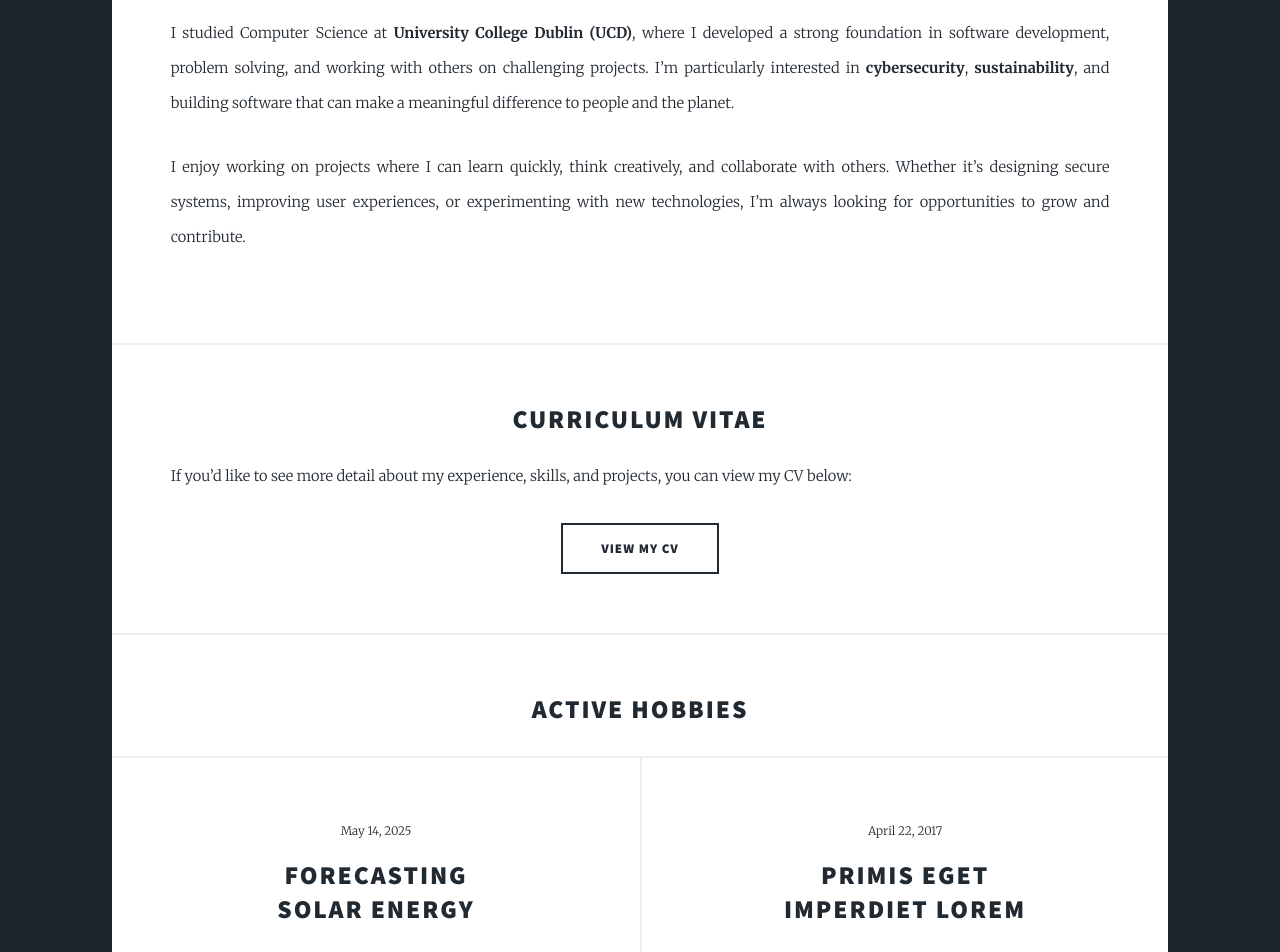
Repository: ciaranscan6/PersonalWebsite
Page: about-me.html
The author's editor kept a copy of each file at every save. The page is drawn from the files as they stood at one save, then again after the next save.
The browser window is 1280 px wide. The pictures show the part of the page from y = 1409 to 2361 px (the page is 4369 px tall).
A picture or video elsewhere on the page could not be fetched, so the positions and the page height are approximate.

Above is the page before, as saved 2025-11-22 03:40:40.

### about-me.html
<!DOCTYPE HTML>
<!--
	Massively by HTML5 UP
	html5up.net | @ajlkn
	Free for personal and commercial use under the CCA 3.0 license (html5up.net/license)
-->
<html>
	<head>
		<title>About Me</title>
		<meta charset="utf-8" />
		<meta name="viewport" content="width=device-width, initial-scale=1, user-scalable=no" />
		<link rel="stylesheet" href="assets/css/main.css" />
		<noscript><link rel="stylesheet" href="assets/css/noscript.css" /></noscript>

	</head>
	<body class="is-preload">

		<!-- Wrapper -->
			<div id="wrapper">

				<!-- Header -->
					<header id="header">
						<a href="index.html" class="logo">Ciarán Scanlon</a>
					</header>

				<!-- Nav -->
					<nav id="nav">
						<ul class="links">
							<li><a href="index.html">Projects</a></li>
							<li class="active"><a href="about-me.html">About Me</a></li>
							<li><a href="elements.html">Elements Reference</a></li>
						</ul>
						<ul class="icons">
							<li><a href="#" class="icon brands fa-linkedin"><span class="label">LinkedIn</span></a></li>
							<li><a href="#" class="icon brands fa-facebook-f"><span class="label">Facebook</span></a></li>
							<li><a href="#" class="icon brands fa-instagram"><span class="label">Instagram</span></a></li>
							<li><a href="#" class="icon brands fa-github"><span class="label">GitHub</span></a></li>
						</ul>
					</nav>

				<!-- Main -->
					<div id="main">

						<!-- Post -->
							<article class="post featured">
								<header class="major">
									<span class="date">November 21, 2025</span>
									<h1>A Bit About Me</h1>
									<p>
										I’m a 23-year-old Computer Science graduate from University College Dublin, originally from Longford, Ireland.
										I’m outgoing, adventurous, and love solving real-world problems with technology.
									</p>
								</header>

								<!-- Main portrait / banner image -->
								<div class="image main">
									<img src="images\IMG_2796.JPG" alt="Photo of Ciarán Scanlon" />
								</div>

								<!-- About Me Content -->
								<p>
									I studied Computer Science at <strong>University College Dublin (UCD)</strong>, where I developed a strong foundation in
									software development, problem solving, and working with others on challenging projects. I’m particularly interested in
									<strong>cybersecurity</strong>, <strong>sustainability</strong>, and building software that can make a meaningful difference
									to people and the planet.
								</p>

								<p>
									I enjoy working on projects where I can learn quickly, think creatively, and collaborate with others. Whether it’s
									designing secure systems, improving user experiences, or experimenting with new technologies, I’m always looking for
									opportunities to grow and contribute.
								</p>

							</article>

								<!-- CV Button -->
							<section>
									<h2 class="centered">Curriculum Vitae</h2>
									<p>
										If you’d like to see more detail about my experience, skills, and projects, you can view my CV below:
									</p>
									<ul class="actions special">
										<li>
											<a href="files\Ciarán_Scanlon_CV.pdf" target="_blank" class="button large">
												View My CV
											</a>
										</li>
									</ul>
							</section>

								<!-- Hobbies: Four mini slideshows -->
							<h2 class="centered">Active Hobbies</h2>
							<section class="posts">
									<article>
										<header>
											<span class="date">May 14, 2025</span>
											<h2><a href="#">Forecasting <br> Solar Energy</a></h2>
										</header>
										<a href="#" class="image fit"><img src="images/pic02.jpg" alt="solar device image" /></a>
										<p>This is my final year project from university. It is a fully functioning solar acquisition device as well as data collection, model training and some data analysis. I co-authored a paper on this project also all details can be found in the link.</p>
										<ul class="actions special">
											<li><a href="#" class="button">Forecasting Solar Energy Project</a></li>
										</ul>
									</article>
									<article>
										<header>
											<span class="date">April 22, 2017</span>
											<h2><a href="#">Primis eget<br />
											imperdiet lorem</a></h2>
										</header>
										<a href="#" class="image fit"><img src="images/pic03.jpg" alt="image of other project" /></a>
										<p>Donec eget ex magna. Interdum et malesuada fames ac ante ipsum primis in faucibus. Pellentesque venenatis dolor imperdiet dolor mattis sagittis magna etiam.</p>
										<ul class="actions special">
											<li><a href="#" class="button">Full Story</a></li>
										</ul>
									</article>
									<article>
										<header>
											<span class="date">April 18, 2017</span>
											<h2><a href="#">Ante mattis<br />
											interdum dolor</a></h2>
										</header>
										<a href="#" class="image fit"><img src="images/pic04.jpg" alt="" /></a>
										<p>Donec eget ex magna. Interdum et malesuada fames ac ante ipsum primis in faucibus. Pellentesque venenatis dolor imperdiet dolor mattis sagittis magna etiam.</p>
										<ul class="actions special">
											<li><a href="#" class="button">Full Story</a></li>
										</ul>
									</article>
									<article>
										<header>
											<span class="date">April 14, 2017</span>
											<h2><a href="#">Tempus sed<br />
											nulla imperdiet</a></h2>
										</header>
										<a href="#" class="image fit"><img src="images/pic05.jpg" alt="" /></a>
										<p>Donec eget ex magna. Interdum et malesuada fames ac ante ipsum primis in faucibus. Pellentesque venenatis dolor imperdiet dolor mattis sagittis magna etiam.</p>
										<ul class="actions special">
											<li><a href="#" class="button">Full Story</a></li>
										</ul>
									</article>
							</section>




					</div>

				<!-- Footer -->
					<footer id="footer">
						<section>
							<form method="post" action="https://formspree.io/f/xwpzvnny">
								<div class="fields">
									<div class="field">
										<label for="name">Name</label>
										<input type="text" name="name" id="name" required />
									</div>
									<div class="field">
										<label for="email">Email</label>
										<input type="email" name="email" id="email" required />
									</div>
									<div class="field">
										<label for="message">Message</label>
										<textarea name="message" id="message" rows="3" required></textarea>
									</div>
								</div>

								<input type="hidden" name="_subject" value="New Message From Portfolio Site">

								<ul class="actions">
									<li><input type="submit" value="Send Message" /></li>
								</ul>
							</form>
						</section>

						<section class="split contact">
							<section class="alt">
								<h3>Address</h3>
								<p>Chateau on the Ridge, Big White Ski Resort<br />
								Kelowna, BC Canada</p>
							</section>
							<section>
								<h3>Phone</h3>
								<p><a href="#">(672) 383-1005</a></p>
							</section>
							<section>
								<h3>Email</h3>
								<p><a href="#">cpt.scanlon@gmail.com</a></p>
							</section>
							<section>
								<h3>Social</h3>
								<ul class="icons alt">
									<li><a href="#" class="icon brands alt fa-linkedin"><span class="label">LinkedIn</span></a></li>
									<li><a href="#" class="icon brands alt fa-instagram"><span class="label">Instagram</span></a></li>
									<li><a href="#" class="icon brands alt fa-github"><span class="label">GitHub</span></a></li>
								</ul>
							</section>
						</section>
					</footer>

				<!-- Copyright -->
					<div id="copyright">
						<ul><li>&copy; Untitled</li><li>Design: <a href="https://html5up.net">HTML5 UP</a></li></ul>
					</div>

			</div>

		<!-- Scripts -->
			<script src="assets/js/jquery.min.js"></script>
			<script src="assets/js/jquery.scrollex.min.js"></script>
			<script src="assets/js/jquery.scrolly.min.js"></script>
			<script src="assets/js/browser.min.js"></script>
			<script src="assets/js/breakpoints.min.js"></script>
			<script src="assets/js/util.js"></script>
			<script src="assets/js/main.js"></script>

			<!-- JS: mini-slideshows for each hobby -->
			<script>
				document.addEventListener('DOMContentLoaded', function () {
					const rotators = [
						{
							id: 'gaelic-rotator',
							images: ['images/gaelic1.jpg', 'images/gaelic2.jpg']
						},
						{
							id: 'hiking-rotator',
							images: ['images/hiking1.jpg', 'images/hiking2.jpg']
						},
						{
							id: 'surfing-rotator',
							images: ['images/surf1.jpg', 'images/surf2.jpg']
						},
						{
							id: 'snowboarding-rotator',
							images: ['images/snow1.jpg', 'images/snow2.jpg']
						}
					];

					rotators.forEach(function (rotator) {
						const imgElement = document.getElementById(rotator.id);
						if (!imgElement) return;

						let current = 0;

						function rotate() {
							imgElement.classList.add('fade-out');

							setTimeout(function () {
								current = (current + 1) % rotator.images.length;
								imgElement.src = rotator.images[current];
								imgElement.classList.remove('fade-out');
							}, 400); // matches CSS transition
						}

						// change every 3 seconds
						setInterval(rotate, 5000);
					});
				});
			</script>





	</body>
</html>

Loaded but not shown: assets/css/fontawesome-all.min.css (library); assets/js/jquery.min.js (library); assets/js/jquery.scrollex.min.js (common file); assets/js/jquery.scrolly.min.js (common file); assets/js/browser.min.js (common file); assets/js/breakpoints.min.js (common file); assets/js/util.js (587 lines, source omitted); assets/js/main.js (258 lines, source omitted); assets/css/main.css (4693 lines, source omitted)

After the next save:
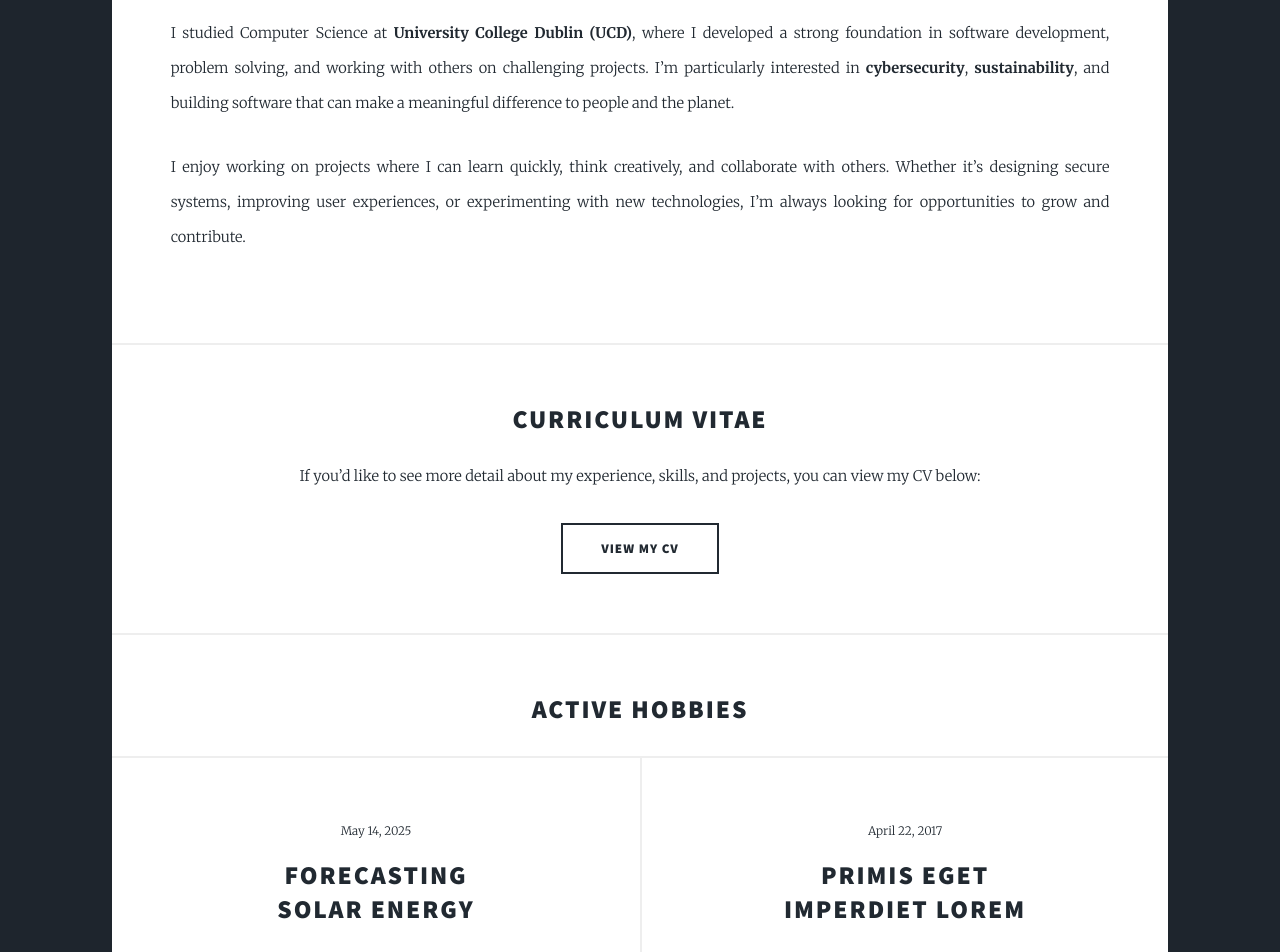
Saved 91 s later.
--- a/about-me.html
+++ b/about-me.html
@@ -76,7 +76,7 @@
 								<!-- CV Button -->
 							<section>
 									<h2 class="centered">Curriculum Vitae</h2>
-									<p>
+									<p class="centered">
 										If you’d like to see more detail about my experience, skills, and projects, you can view my CV below:
 									</p>
 									<ul class="actions special">
